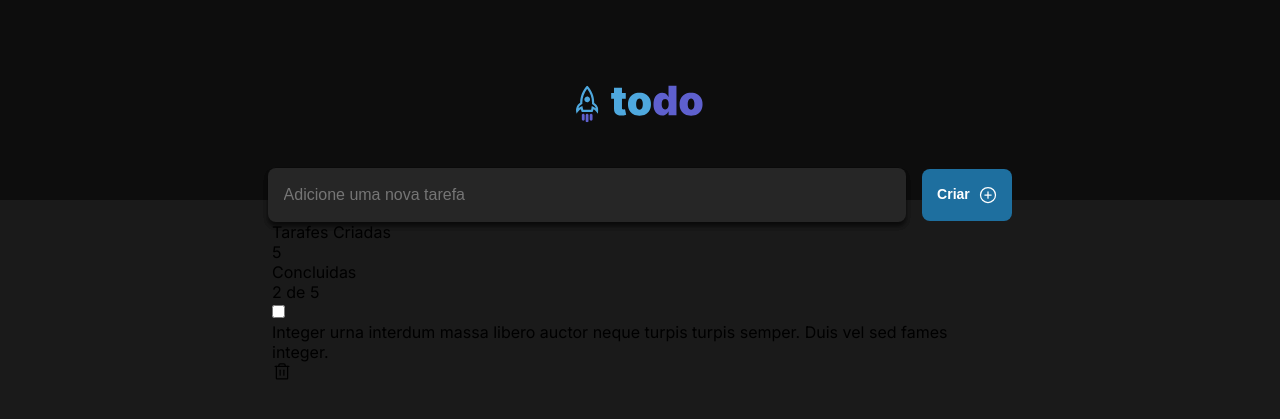
Repository: guilhermecardoso93/todolistreact
Page: /
An editor plug-in stored every save of this project. The page is shown before and after the next save, followed by the edit.
The browser window is 1280 px wide. The pictures show the whole page.
The project was rebuilt for these pictures with package versions that can differ from the ones it lists, and the page was loaded fresh each time. Also part of the build but not shown: vite.config.ts.

Above is the page before, as saved 2022-07-02 18:56:58.

### index.html
<!DOCTYPE html>
<html lang="en">
  <head>
    <meta charset="UTF-8" />
    <link rel="icon" type="image/svg+xml" href="/src/favicon.svg" />
    <link rel="preconnect" href="https://fonts.googleapis.com" />
    <link rel="preconnect" href="https://fonts.gstatic.com" crossorigin />
    <meta name="viewport" content="width=device-width, initial-scale=1.0" />
    <link
      href="https://fonts.googleapis.com/css2?family=Inter:wght@400;500;600&display=swap"
      rel="stylesheet"
    />
    <title>to do list</title>
  </head>
  <body>
    <div id="root"></div>
    <script type="module" src="/src/main.tsx"></script>
  </body>
</html>

### src/App.tsx
import "./global.css";
import { Header } from "./Header";
import { Tasks } from "./Tasks";

function App() {
  return (
    <>
      <Header />
      <div>
        <Tasks/>
      </div>
    </>
  );
}

export default App;

### src/global.css
:root {
  --white: #fff;

  --gray-100: #f2f2f2;
  --gray-100: #d9d9d9;
  --gray-300: #808080;
  --gray-400: #333333;
  --gray-500: #262626;
  --gray-600: #1a1a1a;
  --gray-700: #0d0d0d;

  --danger: #e25858;

  --purple: #828afa;
  --purple-dark: #5e60ce;

  --blue: #4ea8de;
  --blue-dark: #1e6f9f;
}

* {
  margin: 0;
  padding: 0;
  box-sizing: border-box;
}

body {
  -webkit-font-smoothing: antialiased;
  font-family: 'Inter', sans-serif;
  background: var(--gray-600);
}

### src/Header.tsx
import  Logo  from "./assets/logo.svg";

import styles from "./Header.module.css";

export function Header() {
  return (
    <header className={styles.header}>
      <img src={Logo} alt='logo' className={styles.logo}/>
    </header>
  );
}

### src/Tasks.tsx
import { Trash } from "phosphor-react";
import { TaskBar } from "./TasksBar";

import styles from "./Tasks.module.css";


export function Tasks() {
  return (
    <div className={styles.content}>
      <TaskBar/>
      <div>
        <div>
          <p>Tarafes Criadas</p>
          <p> 5 </p>
        </div>
        <div>
          <p>Concluidas</p>
          <p> 2 de 5 </p>
        </div>
        <div>
          <div>
            <div>
              <input type="checkbox" />
            </div>
            <div>
              {" "}
              <p>
                Integer urna interdum massa libero auctor neque turpis turpis
                semper. Duis vel sed fames integer.{" "}
              </p>
            </div>
            <div>
              {" "}
              <Trash size={20} />{" "}
            </div>
          </div>
        </div>
      </div>
    </div>
  );
}

### src/Header.module.css
.header {
  height: 12.5rem;
  background: var(--gray-700);
  display: flex;
  justify-content: center;
  align-items: center;
}

.logo {
  height: 4rem;
  width: 8rem;
}

### src/TasksBar.tsx
import { PlusCircle } from "phosphor-react";

import styles from "./TasksBar.module.css";

export function TaskBar() {
  return (
    <div className={styles.container}>
      <input type="text" placeholder="Adicione uma nova tarefa" />
      <button>
        {" "}
        Criar <PlusCircle size={20} />{" "}
      </button>
    </div>
  );
}

### src/Tasks.module.css
.content {
  display: flex;
  flex-direction: column;
  align-items: center;
  justify-content: space-between;
  margin: auto;

  width: 736px;
}

### src/TasksBar.module.css
.container {
  display: flex;
  align-items: center;
  justify-content: center;
  margin-top: -2rem;
  gap: 1rem;
}

.container input {
  background-color: var(--gray-500);
  color: var(--gray-300);
  width: 39.93rem;
  padding: 1rem;

  font-style: normal;
  font-weight: 400;
  font-size: 1rem;
  line-height: 140%;

  border: 1px solid var(--grey-700);
  box-shadow: 0px 4px 4px rgba(0, 0, 0, 0.25), 0px 4px 4px rgba(0, 0, 0, 0.25),
    0px 4px 4px rgba(0, 0, 0, 0.25);
  border-radius: 8px;
}

.container button {
  background: var(--blue-dark);
  color: var(--white);
  gap: 0.5rem;
  display: flex;
  align-items: center;
  justify-content: center;
  border-radius: 8px;
  height: 3.25rem;
  width: 90px;
  border: none;

  font-style: normal;
  font-weight: 700;
  font-size: 14px;
  line-height: 140%;
  cursor: pointer;

  transition: 0.2s;
}

.container button:hover {
  background: var(--blue);
}

Loaded but not shown: src/main.tsx (common file)

After the next save:
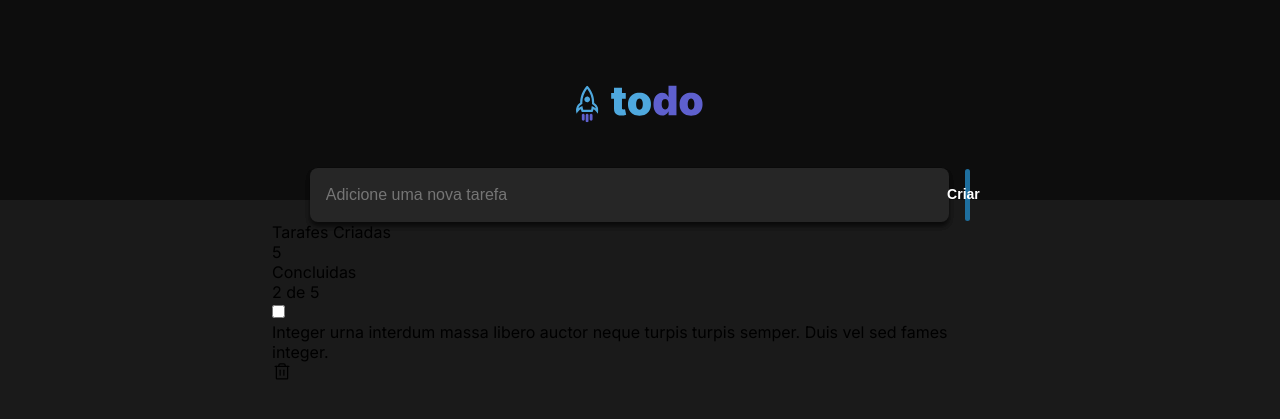
Saved 13 s later.
--- a/src/TasksBar.module.css
+++ b/src/TasksBar.module.css
@@ -32,7 +32,7 @@
   justify-content: center;
   border-radius: 8px;
   height: 3.25rem;
-  width: 90px;
+  width: 5.62px;
   border: none;
 
   font-style: normal;

After the save that followed:
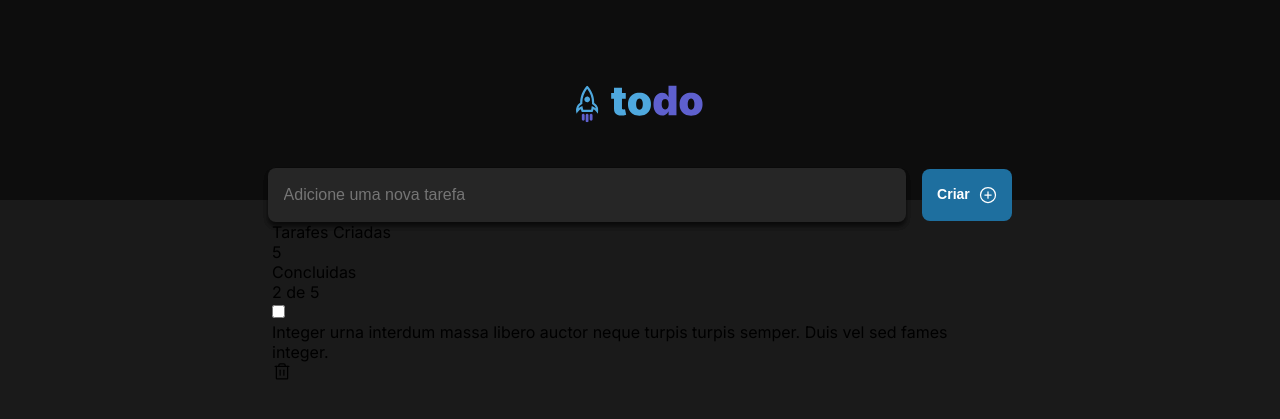
Saved 9 s later.
--- a/src/TasksBar.module.css
+++ b/src/TasksBar.module.css
@@ -32,7 +32,7 @@
   justify-content: center;
   border-radius: 8px;
   height: 3.25rem;
-  width: 5.62px;
+  width: 5.62rem;
   border: none;
 
   font-style: normal;
